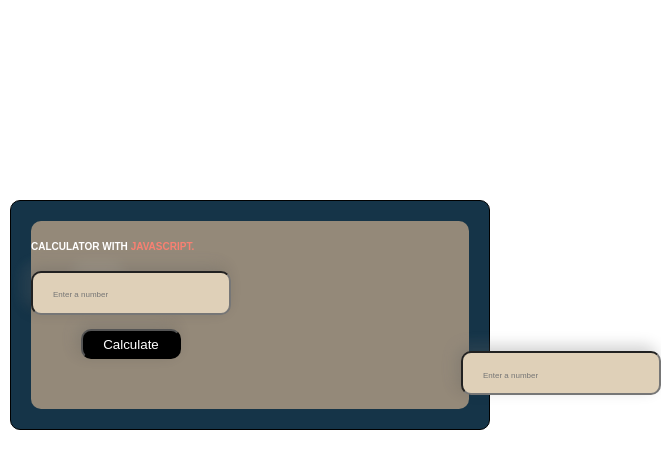
Repository: isaacCodes1/Calculator-with-js
Page: index2.html
An editor plug-in stored every save of this project. The page is shown before and after the next save, followed by the edit.
The browser window is 375 px wide. The page is 661 px wide, so the pictures cover 661 px, including what lies to the right of the window. The pictures show the whole page.
Some web fonts or font styles are not loaded; a fallback is used.

Above is the page before, as saved 2024-04-22 15:28:15.

### index2.html
<!DOCTYPE html>
<html lang="en">
  <head>
    <meta charset="UTF-8" />
    <meta name="viewport" content="width=device-width, initial-scale=1.0" />
    <title>Arithmetic Calculator</title>
    <link
      href="https://fonts.cdnfonts.com/css/scientific-calculator-lcd"
      rel="stylesheet"
    />

    <link rel="stylesheet" href="style.css" />
    <link rel="stylesheet" href="mediaquery.css">
  </head>
  <body>
    <main>
      <div class="numm">
        <h1 class="he">CALCULATOR WITH <span class="red">JAVASCRIPT.</span></h1>
        <div class="genDiv">
          <input
            class="num1"
            type="number"
            id="num1"
            placeholder="Enter a number"
            style="font-size: 12px"
          />
          <select class="addition" id="operator">
            <option class="opt" value="add">+</option>
            <option class="opt" value="subtract">-</option>
            <option class="opt" value="multiply">*</option>
            <option class="opt" value="divide">/</option>
          </select>
          <input
            class="num7"
            type="number"
            id="num2"
            placeholder="Enter a number"
            /> <br> <br> <br>
          <button class="cal" onclick="calculate()">Calculate</button>
          <div class="copy">
          <p>CopyRight &#169; Damicodez.</p>
        </div>
        </div>
      </div>
      <script src="script.js"></script>
    </main>
  </body>
</html>

### style.css
* {
  margin: 0;
  padding: 0;
  box-sizing: border-box;
  font-family: "Scientific Calculator LCD", sans-serif;
}
.genDiv {
  background: #948979;
  border-radius: 10px;
  padding: 50px 50px;
}

.main {
  background-color: #dfd0b8;
}
.numm {
  position: absolute;
  top: 200px;
  left: 300px;
  width: 900px;
  border: 1px solid;
  border-radius: 10px;
  background: #153448;
  padding-left: 100px;
  padding-bottom: 100px;
  padding-right: 100px;
  padding-top: 100px;
}
.he {
  color: #fff;
  position: absolute;
  top: 20px;
  font-weight: 900;
  font-style: normal;
}
.red {
  color: salmon;
  font-weight: 900;
}
.num1 {
  width: 200px;
  position: absolute;
  box-shadow: -8px -8px 15px rgba(255, 255, 255, 0.1),
    -5px -5px 15px rgba(0, 0, 0, 0.2);
  background: #dfd0b8;
  height: 40px;
  border-radius: 10px;
  padding: 20px;
  outline: none;
}
.num1::placeholder {
  font-size: 10px;
}
.opt {
  background: #000;
  color: #fff;
  outline: none;
}
.addition {
  width: 50px;
  box-shadow: -8px -8px 15px rgba(255, 255, 255, 0.1);
  background: #dfd0b8;
  height: 20px;
  border-radius: 10px;
  font-size: 18px;
}
.num7 {
  width: 200px;
  box-shadow: -8px -8px 15px rgba(255, 255, 255, 0.1),
    -5px -5px 15px rgba(0, 0, 0, 0.2);
  background: #dfd0b8;
  height: 40px;
  position: absolute;
  top: 150px;
  left: 450px;
  border-radius: 10px;
  padding: 20px;
  outline: none;
}
.num7::placeholder {
  font-size: 10px;
}
.cal {
  width: 100px;
  height: 30px;
  box-shadow: -8px -8px 15px rgba(255, 255, 255, 0.1),
    -5px -5px 15px rgba(0, 0, 0, 0.2);
  background: #000;
  color:  #fff;
  border-radius: 10px;
  padding: 5px;
  transition: 1s ease-in-out;

}
.cal:hover{
    color:#000;
    background-color: #dbdbdb;
    transition: 1s ease-in-out;
    border-radius: 10px;
}
.copy{
    position: absolute;
    top: 350px;
    color: #fff;
}

### mediaquery.css
@media (max-width: 480px) {
  .genDiv {
    /* padding: 50px 20px; */
  }
  .numm {
    top: 200px;
    width: 480px;
    left: 10px;
    padding: 20px;
    margin-right: 50px;
  }
  .num1::placeholder {
    font-size: 8px;
  }
  .num7::placeholder{
    font-size: 8px;
  }
  .he{
    font-size: 10px;
    top: 40px;
  }
  .num1{
    position: absolute;
    left: 20px;
  }
}

### script.js
function calculate() {
    var num1 = parseFloat(document.getElementById('num1').value);
    var operator = document.getElementById('operator').value;
    var num2 = parseFloat(document.getElementById('num2').value);

    var result;

    switch (operator) {
      case 'add':
        result = num1 + num2;
        break;
      case 'subtract':
        result = num1 - num2;
        break;
      case 'multiply':
        result = num1 * num2;
        break;
      case 'divide':
        if (num2 !== 0) {
          result = num1 / num2;
        } else {
          console.log('Error: Division by zero');
          return;
        }
        break;
      default:
        console.log('Error: Invalid operator');
        return;
    }



console.log('Result:', result);
}

After the next save:
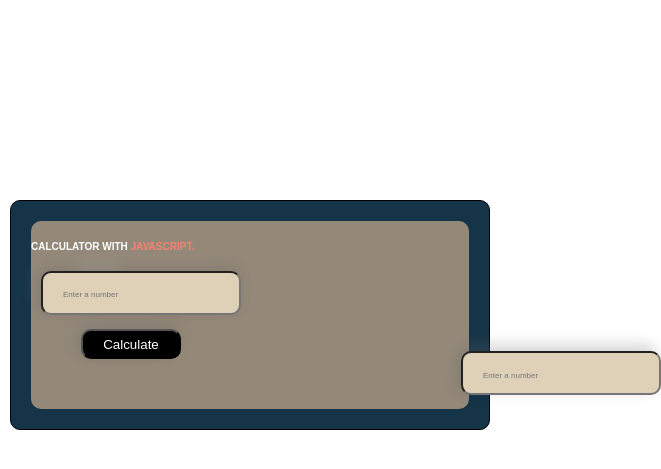
Saved 11 s later.
--- a/mediaquery.css
+++ b/mediaquery.css
@@ -21,6 +21,6 @@
   }
   .num1{
     position: absolute;
-    left: 20px;
+    left: 30px;
   }
 }
